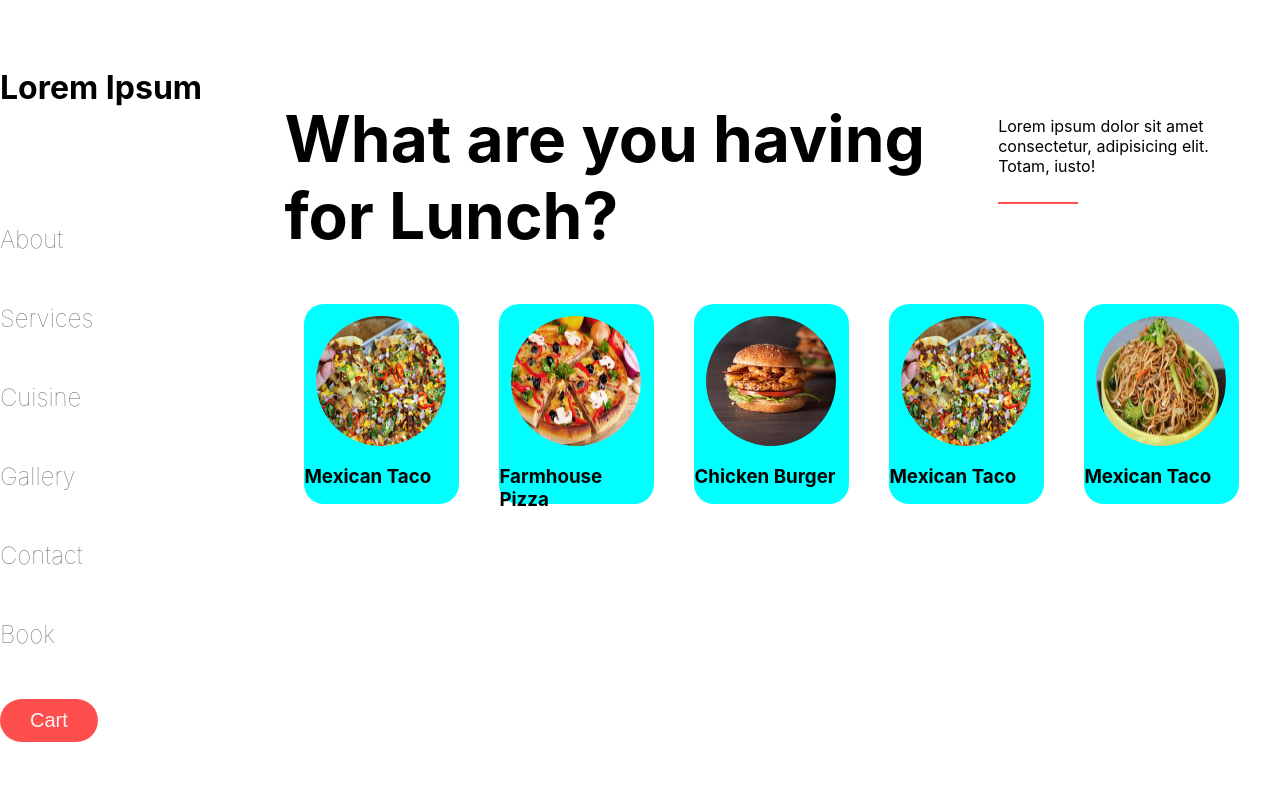
Repository: Marlstergo/assignment2
Page: /
The author's editor kept a copy of each file at every save. The page is drawn from the files as they stood at one save, then again after the next save.
The browser window is 1280 px wide. The pictures show the whole page.
The project was rebuilt for these pictures with package versions that can differ from the ones it lists, and the page was loaded fresh each time.

Above is the page before, as saved 2021-07-27 03:00:58.

After the next save:
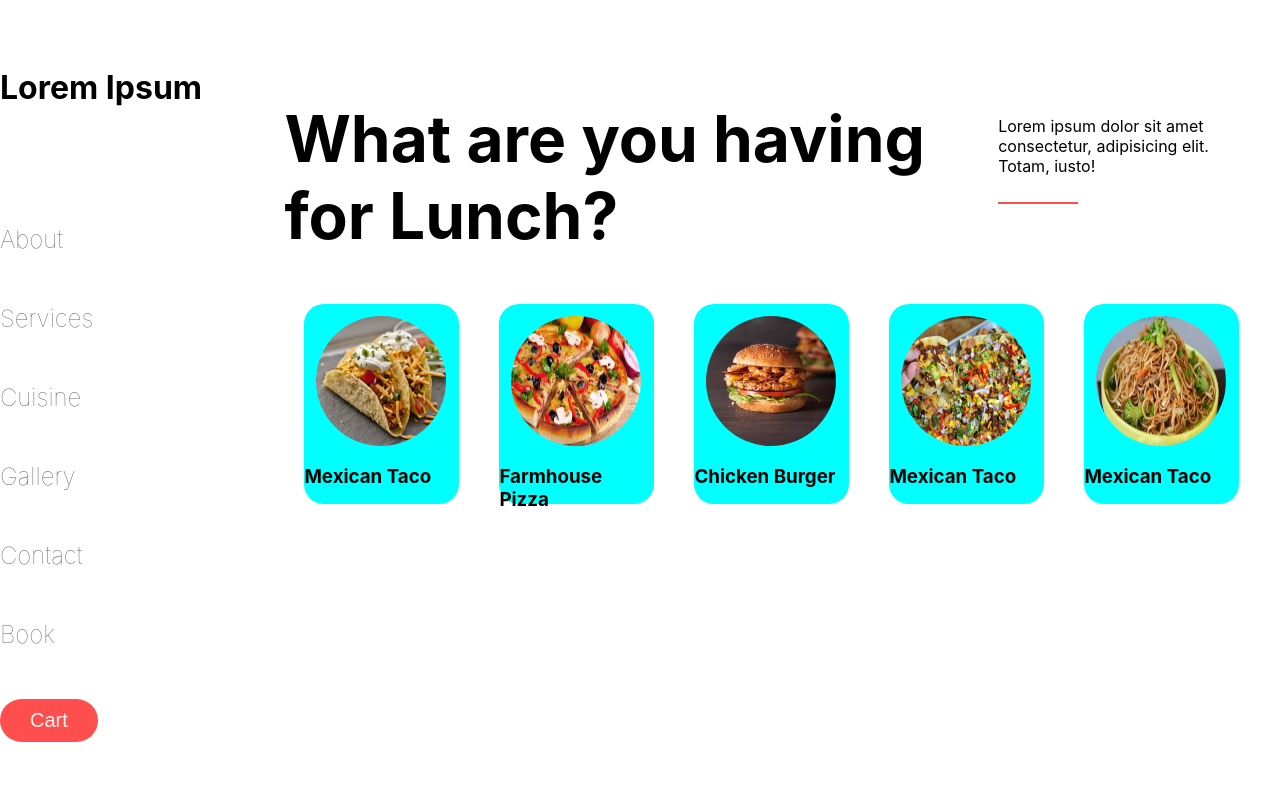
Saved 26 s later.
--- a/src/App.js
+++ b/src/App.js
@@ -56,7 +56,7 @@ function App() {
             <div className="cell">
               <div className="imagediv">
                 {/* image */}
-                <img src={Nachos} alt="nachos" className="" />
+                <img src={Taco} alt="tago" className="" />
               </div>
               <div className="">
                 <h3 className="">Mexican Taco</h3>
